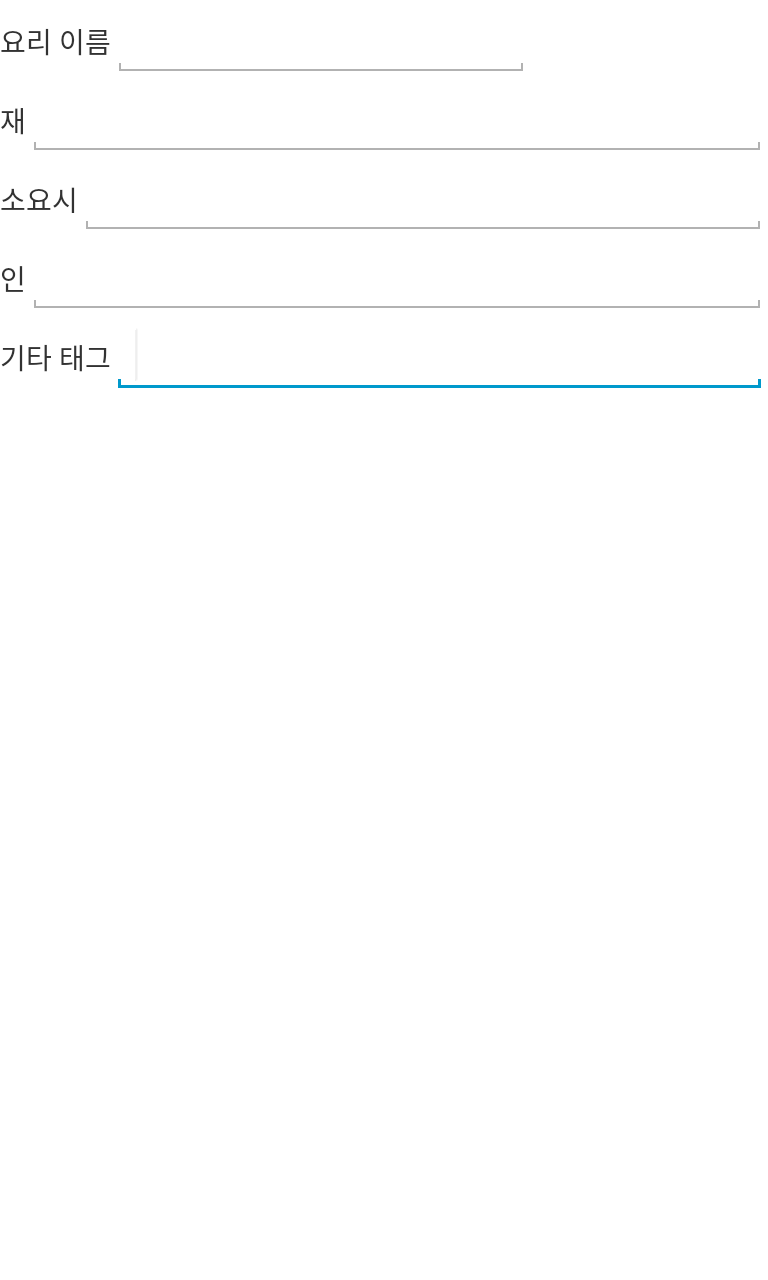
Repository: lay126/fuding_wewe
Layout: fuding_android/FudingAndroid/res/layout/fragment_addposting.xml
An editor plug-in stored every save of this project. The layout is shown before and after the next save, followed by the edit.
It is drawn on a 768 x 1280 px phone screen (xhdpi) without system bars, with theme AppTheme; the app's code is not run.

Above is the layout before, as saved 2015-07-21 07:50:49.

After the next save:
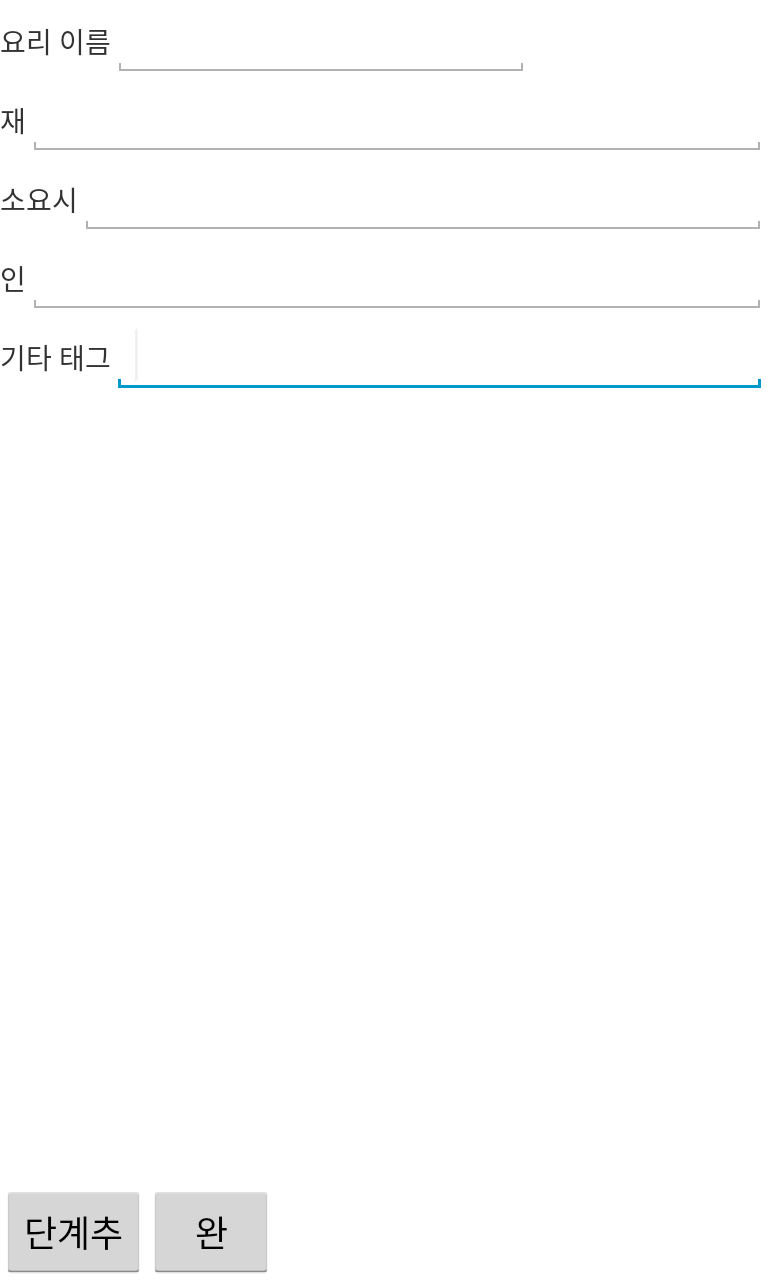
Saved 15 min 28 s later.
--- a/fuding_android/FudingAndroid/res/layout/fragment_addposting.xml
+++ b/fuding_android/FudingAndroid/res/layout/fragment_addposting.xml
@@ -117,6 +117,23 @@
     <RelativeLayout
         android:layout_width="match_parent"
         android:layout_height="match_parent" >
+
+        <Button
+            android:id="@+id/button1"
+            android:layout_width="wrap_content"
+            android:layout_height="wrap_content"
+            android:layout_alignParentBottom="true"
+            android:layout_alignParentLeft="true"
+            android:text="단계추" />
+
+        <Button
+            android:id="@+id/button2"
+            android:layout_width="wrap_content"
+            android:layout_height="wrap_content"
+            android:layout_alignParentBottom="true"
+            android:layout_toRightOf="@+id/button1"
+            android:text="완" />
+
     </RelativeLayout>
 
 </LinearLayout>
